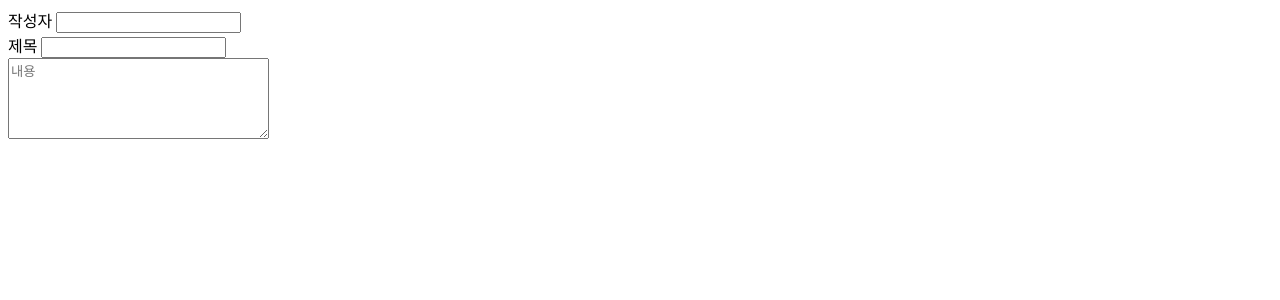
Repository: yangchunsick/JSPstudy
Page: http://localhost/11_MYHOME/notice/update.jsp
The author's editor kept a copy of each file at every save. The page is drawn from the files as they stood at one save, then again after the next save.
The browser window is 1280 px wide. The pictures show the whole page.
The page is served by Tomcat 9. Other server files are loaded and not shown.

Above is the page before, as saved 2021-11-18 00:36:26.

### worksapce/11_MYHOME/WebContent/notice/update.jsp
<%@ page language="java" contentType="text/html; charset=UTF-8"
	pageEncoding="UTF-8"%>
<%@ taglib uri="http://java.sun.com/jsp/jstl/core" prefix="c"%>
<!DOCTYPE html>
<html lang="ko">
<head>
<meta charset="UTF-8">
<meta http-equiv="X-UA-Compatible" content="IE=edge">
<meta name="viewport" content="width=device-width, initial-scale=1.0">
<title>My Home Page</title>
<script src="https://code.jquery.com/jquery-3.6.0.js"
	integrity="sha256-H+K7U5CnXl1h5ywQfKtSj8PCmoN9aaq30gDh27Xc0jk="
	crossorigin="anonymous"></script>
<script>


</script>
</head>
<body>

	<div>
		<form action="insert.notice" method="post">
			<label for="writer">작성자</label>
			<input type="text" name="writer" id="writer"><br>
			<label for="title">제목</label>
			<input type="text" name="title" id="title"><br>
			<textarea rows="5" cols="30" name="content" placeholder="내용"></textarea><br><br>
		</form>
	</div>

</body>
</html>

After the next save:
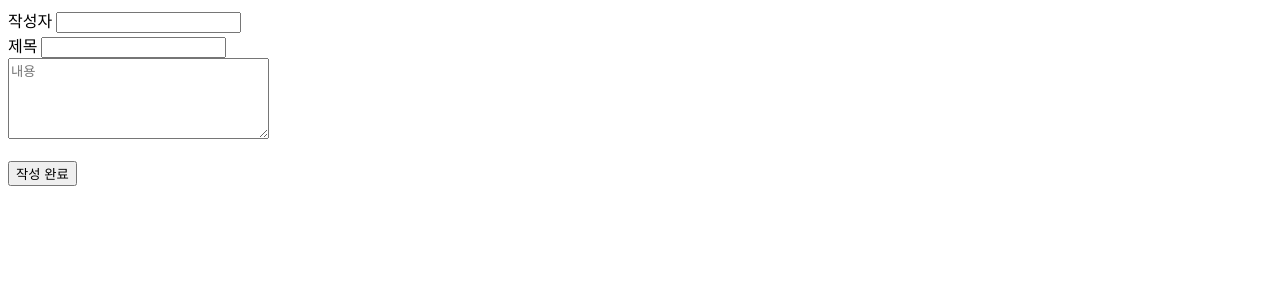
Saved 12 s later.
--- a/worksapce/11_MYHOME/WebContent/notice/update.jsp
+++ b/worksapce/11_MYHOME/WebContent/notice/update.jsp
@@ -25,6 +25,7 @@
 			<label for="title">제목</label>
 			<input type="text" name="title" id="title"><br>
 			<textarea rows="5" cols="30" name="content" placeholder="내용"></textarea><br><br>
+			<button>작성 완료</button>
 		</form>
 	</div>
 
